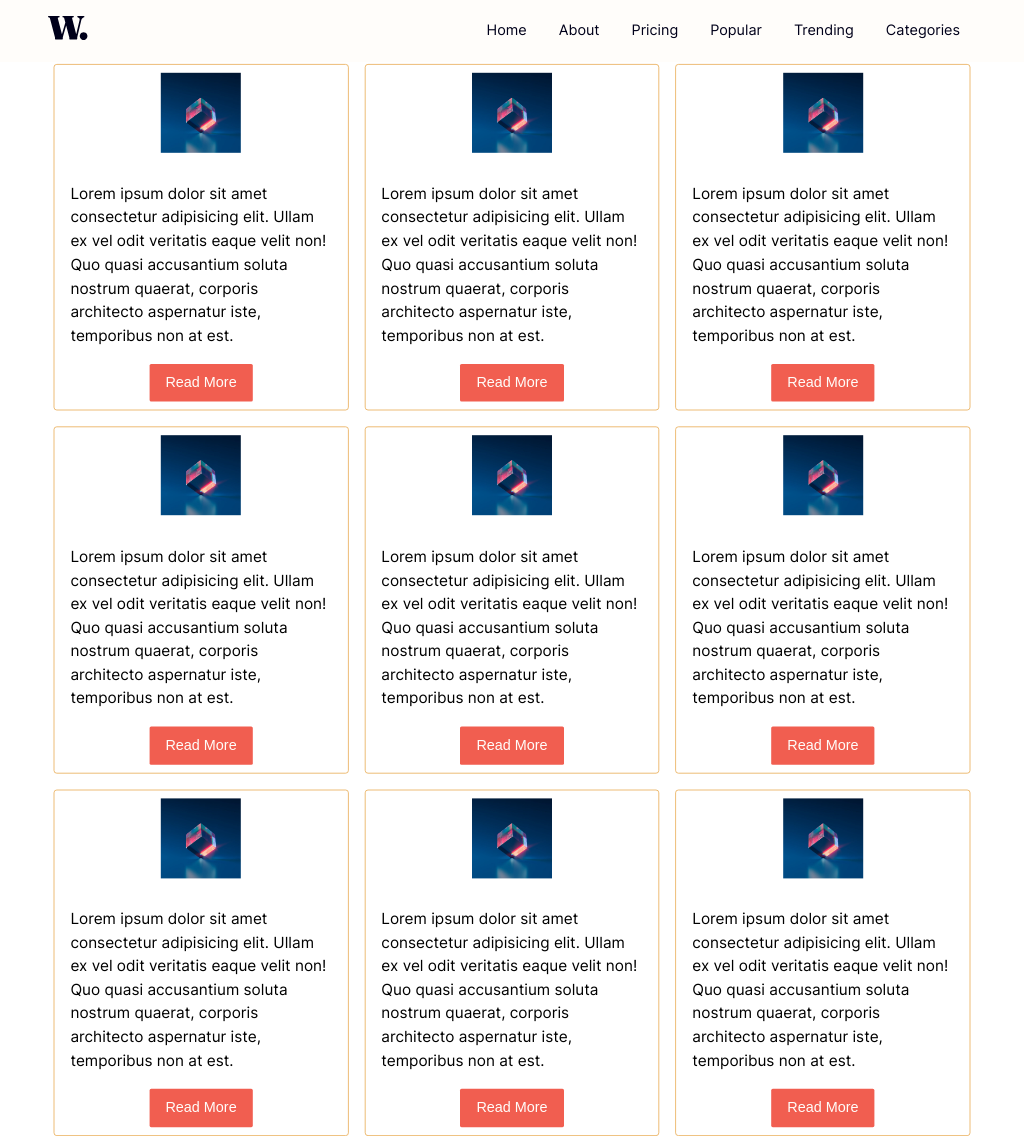
Repository: Benedict-Anthony/web3.0-blog-chain
Page: /trending
An editor plug-in stored every save of this project. The page is shown before and after the next save, followed by the edit.
The browser window is 1280 px wide. The pictures show the whole page, at 80% of full size.
The project was rebuilt for these pictures with package versions that can differ from the ones it lists, and the page was loaded fresh each time. The framework's server and built-in components were replaced by stand-ins that run in the browser. Also part of the build but not shown: next.config.js, styles/styles.css.

Above is the page before, as saved 2022-12-21 02:37:54.

After the next save:
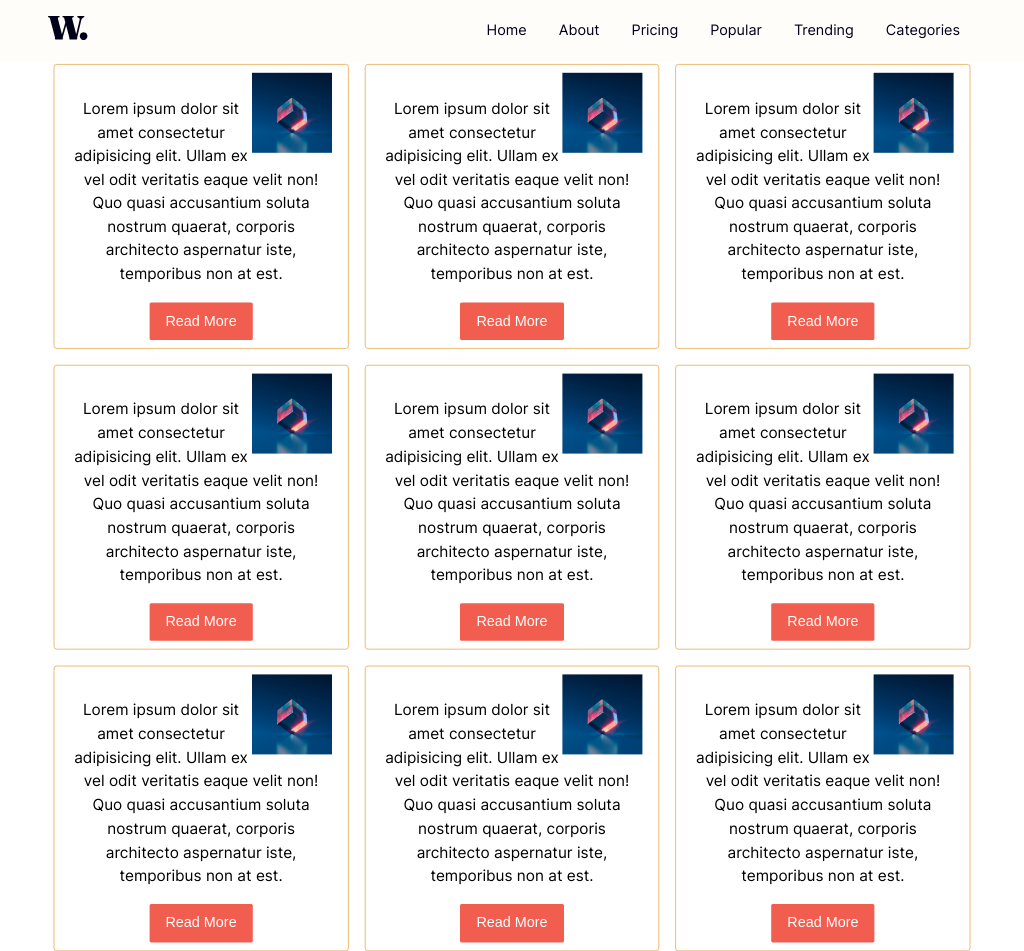
Saved 35 s later.
--- a/styles/Trending.module.scss
+++ b/styles/Trending.module.scss
@@ -10,6 +10,7 @@
         position: relative;
         img{
             width: 100px;
+            float: right;
         }
         span{
             font-size: 1.1rem;
@@ -26,7 +27,7 @@
         p{
             padding: 10px 0;
             font-size: 1.2rem;
-            text-align:left;
+            // text-align:left;
         }
     }
 }
